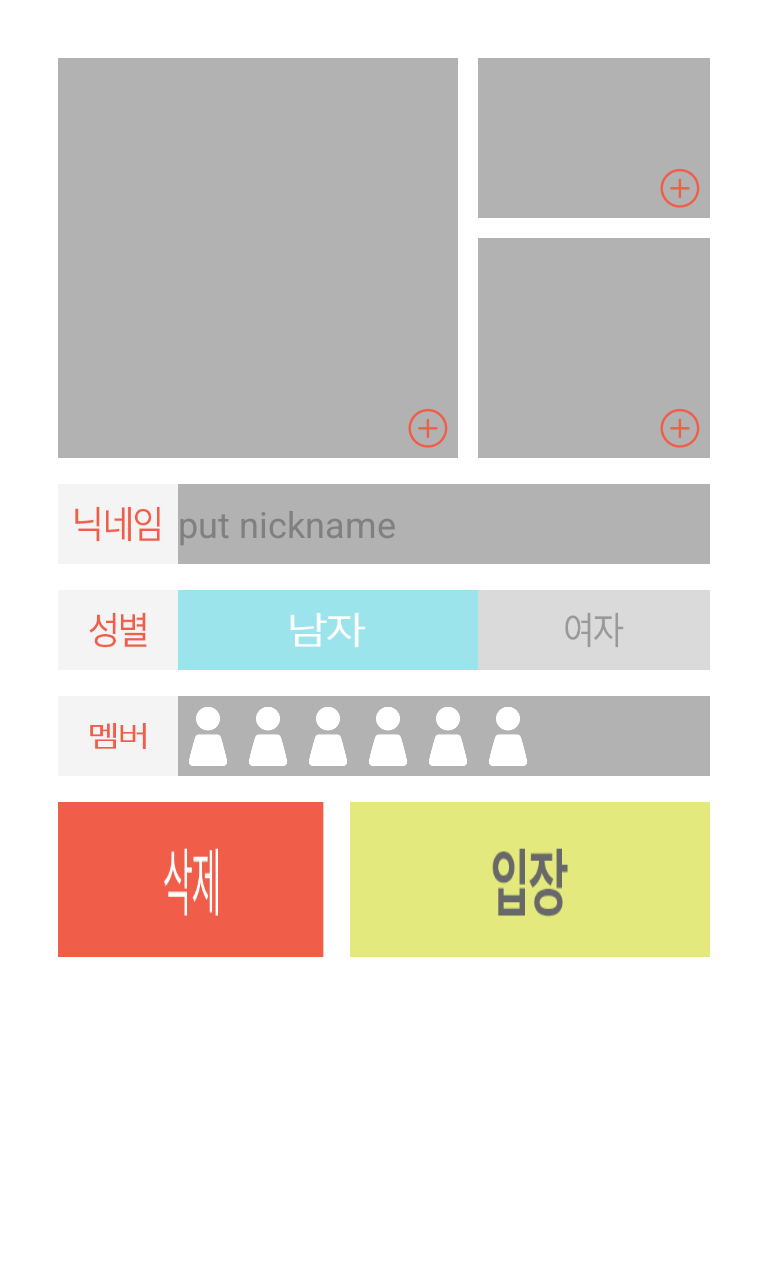
Repository: dokwon/mingle_final_client
Layout: mingle/res/layout/activity_main.xml
The author's editor kept a copy of each file at every save. The layout is drawn from the files as they stood at one save, then again after the next save.
It is drawn on a 768 x 1280 px phone screen (xhdpi) without system bars, with theme ProfileTheme; the app's code is not run. The app's manifest (not shown) leaves right-to-left support off. So textAlignment, textDirection and layoutDirection are ignored, and left and right values win over start and end ones.

Above is the layout before, as saved 2014-08-04 06:01:03.

### mingle/res/layout/activity_main.xml
<?xml version="1.0"?>

<RelativeLayout
  tools:context=".MainActivity"
  android:paddingBottom="@dimen/activity_vertical_margin"
  android:paddingTop="@dimen/activity_vertical_margin"
  android:paddingRight="@dimen/activity_horizontal_margin"
  android:paddingLeft="@dimen/activity_horizontal_margin"
  android:layout_height="match_parent"
  android:layout_width="match_parent"
  android:background="@color/titlebackgroundcolor"
  xmlns:tools="http://schemas.android.com/tools"
  xmlns:android="http://schemas.android.com/apk/res/android">


	<!--

	+++++	PHOTO VIEWS   +++++

							-->
	<ImageView
	    android:id="@+id/photoView1"
	    android:layout_height="@dimen/photo_view_size"
	    android:layout_width="@dimen/photo_view_size"
	    android:layout_marginLeft="@dimen/option_margin"
	    android:layout_marginTop="@dimen/option_margin"
	    android:layout_alignParentStart="true"
	    android:layout_alignParentLeft="true"
	    android:theme="@style/PictureViewTheme"
	    android:cropToPadding="true"
	    android:contentDescription="@string/photo_description"
	    android:background="@color/photobackgroundcolor"
	    android:longClickable="false"
	    android:clickable="true" />

	<ImageView
	    android:id="@+id/photoView2"
	    android:layout_width="wrap_content"
	    android:layout_height="80dp"
	    android:layout_alignTop="@+id/photoView1"
	    android:layout_alignParentRight="true"
	    android:layout_marginRight="@dimen/option_margin"
	    android:layout_marginLeft="@dimen/photo_margin"
	    android:layout_toRightOf="@+id/photoView1"
	    android:adjustViewBounds="false"
	    android:background="@color/photobackgroundcolor"
	    android:baselineAlignBottom="false"
	    android:clickable="true"
	    android:contentDescription="@string/photo_description"
	    android:cropToPadding="true"
	    android:longClickable="false" />
	<ImageView
	    android:id="@+id/photoView3"
	    android:layout_height="wrap_content"
	    android:layout_width="wrap_content"
	    android:background="@color/photobackgroundcolor"
	    android:cropToPadding="true"
	    android:contentDescription="@string/photo_description"
	    android:clickable="true"
	    android:longClickable="false"
	    android:layout_alignRight="@+id/photoView2"
	    android:layout_alignBottom="@+id/photoView1"
	    android:layout_alignStart="@+id/photoView2"
	    android:layout_alignLeft="@+id/photoView2"
	    android:layout_below="@+id/photoView2"
	    android:layout_marginTop="@dimen/photo_margin"/>


	<!--

	+++++	ADD BUTTONS   +++++

							-->
	<ImageView
	    android:layout_height="20dp"
	    android:layout_width="20dp"
	    android:layout_marginRight="5dp"
	    android:layout_marginBottom="5dp"
	    android:layout_alignRight="@+id/photoView1"
	    android:layout_alignBottom="@+id/photoView1"
	    android:cropToPadding="true"
	    android:contentDescription="@string/erase_button_description"
	    android:background="@drawable/photo_plus"
	    android:longClickable="true"
	    android:id="@+id/add1"/>
	<ImageView
	    android:layout_height="20dp"
	    android:layout_width="20dp"
	    android:layout_marginRight="5dp"
	    android:layout_marginBottom="5dp"
	    android:layout_alignRight="@+id/photoView2"
	    android:layout_alignBottom="@+id/photoView2"
	    android:cropToPadding="true"
	    android:contentDescription="@string/erase_button_description"
	    android:background="@drawable/photo_plus"
	    android:longClickable="true"
	    android:id="@+id/add2"/>
	<ImageView
	    android:layout_height="20dp"
	    android:layout_width="20dp"
	    android:layout_marginRight="5dp"
	    android:layout_marginBottom="5dp"
	    android:layout_alignRight="@+id/photoView3"
	    android:layout_alignBottom="@+id/photoView3"
	    android:cropToPadding="true"
	    android:contentDescription="@string/erase_button_description"
	    android:background="@drawable/photo_plus"
	    android:longClickable="true"
	    android:id="@+id/add3"/>

	<!--

	+++++	NICKNAME  +++++

							-->

	<ImageView
	    android:id="@+id/nicknamelabel"
	    android:layout_width="@dimen/option_label_width"
	    android:layout_height="@dimen/option_label_height"
	    android:background="@drawable/nickname"
	    android:cropToPadding="true"
	    android:contentDescription="@string/photo_description"
	    android:longClickable="false"
	    android:layout_alignStart="@+id/photoView1"
	    android:layout_alignLeft="@+id/photoView1"
	    android:layout_below="@+id/photoView1"
	    android:layout_marginTop="@dimen/option_margin"/>

	<EditText
	    android:id="@+id/nicknameTextView"
	    android:layout_alignRight="@+id/photoView3"
	    android:layout_alignTop="@+id/nicknamelabel"
	    android:layout_alignBottom="@+id/nicknamelabel"
	    android:layout_toRightOf="@+id/nicknamelabel"
	    android:layout_width="wrap_content"
	    android:layout_height="wrap_content"
	    android:background="@color/photobackgroundcolor"
	    android:hint="@string/nickname_placeholder"
	    android:textAppearance="?android:attr/textAppearanceMedium"
	    android:imeActionLabel="@string/launch"
	    android:maxLength="10" />

	<!--

	+++++	SEX CHOICE   +++++

							-->

	<ImageView
	    android:layout_width="@dimen/option_label_width"
	    android:layout_height="@dimen/option_label_height"
	    android:background="@drawable/genderchoice"
	    android:cropToPadding="true"
	    android:contentDescription="@string/photo_description"
	    android:longClickable="false"
	    android:layout_alignStart="@+id/photoView1"
	    android:layout_alignLeft="@+id/photoView1"
	    android:layout_below="@+id/nicknamelabel"
	    android:id="@+id/sexlabel"
	    android:layout_marginTop="@dimen/option_margin"/>

	<Button
	    android:layout_height="wrap_content"
	    android:layout_width="wrap_content"
	    android:id="@+id/manbutton"
	    android:layout_centerHorizontal="true"
	    android:background="@drawable/genderchoice_man"
	    android:layout_alignTop="@+id/sexlabel"
	    android:layout_alignBottom="@+id/sexlabel"
	    android:layout_toRightOf="@+id/sexlabel"
	    android:layout_toLeftOf="@+id/photoView3"
	    android:onClick="SexOptionChanged"/>

	<Button
	    android:layout_height="wrap_content"
	    android:layout_width="wrap_content"
	    android:id="@+id/womanbutton"
	    android:layout_centerHorizontal="true"
	    android:background="@drawable/genderchoice_notwoman"
	    android:layout_alignTop="@+id/sexlabel"
	    android:layout_alignBottom="@+id/sexlabel"
	    android:layout_toRightOf="@+id/manbutton"
	    android:layout_alignRight="@+id/photoView3"
	    android:onClick="SexOptionChanged"/>


	<!--

	+++++	MEMBER NUM   +++++

							-->

	<ImageView
	    android:layout_width="@dimen/option_label_width"
	    android:layout_height="@dimen/option_label_height"
	    android:background="@drawable/member"
	    android:cropToPadding="true"
	    android:contentDescription="@string/photo_description"
	    android:longClickable="false"
	    android:layout_alignStart="@+id/photoView1"
	    android:layout_alignLeft="@+id/photoView1"
	    android:layout_below="@+id/sexlabel"
	    android:id="@+id/memberlabel"
	    android:layout_marginTop="@dimen/option_margin"/>
	<ImageView
	    android:layout_height="wrap_content"
	    android:layout_width="wrap_content"
	    android:id="@+id/member_background"
	    android:background="@color/photobackgroundcolor"
	    android:layout_alignTop="@+id/memberlabel"
	    android:layout_alignBottom="@+id/memberlabel"
	    android:contentDescription="@string/photo_description"
	    android:layout_toRightOf="@+id/memberlabel"
	    android:layout_alignRight="@+id/photoView3"/>
	<Button
	    android:layout_height="wrap_content"
	    android:layout_width="@dimen/member_icon_width"
	    android:id="@+id/member_1"
	    android:background="@drawable/peoplenumberpicon"
	    android:layout_alignTop="@+id/memberlabel"
	    android:layout_alignBottom="@+id/memberlabel"
	    android:layout_toRightOf="@+id/memberlabel"
	    android:layout_margin="@dimen/small_margin"
	    android:onClick="MemberNumberSelected"/>

	<Button
	    android:layout_height="wrap_content"
	    android:layout_width="@dimen/member_icon_width"
	    android:id="@+id/member_2"
	    android:background="@drawable/peoplenumberpicon"
	    android:layout_alignTop="@+id/memberlabel"
	    android:layout_alignBottom="@+id/memberlabel"
	    android:layout_toRightOf="@+id/member_1"
	    android:layout_margin="@dimen/small_margin"
	    android:onClick="MemberNumberSelected"/>
	<Button
	    android:layout_height="wrap_content"
	    android:layout_width="@dimen/member_icon_width"
	    android:id="@+id/member_3"
	    android:background="@drawable/peoplenumberpicon"
	    android:layout_alignTop="@+id/memberlabel"
	    android:layout_alignBottom="@+id/memberlabel"
	    android:layout_toRightOf="@+id/member_2"
	    android:layout_margin="@dimen/small_margin"
	    android:onClick="MemberNumberSelected"/>
	<Button
	    android:layout_height="wrap_content"
	    android:layout_width="@dimen/member_icon_width"
	    android:id="@+id/member_4"
	    android:background="@drawable/peoplenumberpicon"
	    android:layout_alignTop="@+id/memberlabel"
	    android:layout_alignBottom="@+id/memberlabel"
	    android:layout_toRightOf="@+id/member_3"
	    android:layout_margin="@dimen/small_margin"
	    android:onClick="MemberNumberSelected"/>
	<Button
	    android:layout_height="wrap_content"
	    android:layout_width="@dimen/member_icon_width"
	    android:id="@+id/member_5"
	    android:background="@drawable/peoplenumberpicon"
	    android:layout_alignTop="@+id/memberlabel"
	    android:layout_alignBottom="@+id/memberlabel"
	    android:layout_toRightOf="@+id/member_4"
	    android:layout_margin="@dimen/small_margin"
	    android:onClick="MemberNumberSelected"/>
	<Button
	    android:layout_height="wrap_content"
	    android:layout_width="@dimen/member_icon_width"
	    android:id="@+id/member_6"
	    android:background="@drawable/peoplenumberpicon"
	    android:layout_alignTop="@+id/memberlabel"
	    android:layout_alignBottom="@+id/memberlabel"
	    android:layout_toRightOf="@+id/member_5"
	    android:layout_margin="@dimen/small_margin"
	    android:onClick="MemberNumberSelected"/>




	<Button
	    android:layout_height="wrap_content"
	    android:layout_width="133dp"
	    android:id="@+id/delete_button"
	    android:layout_alignLeft="@+id/photoView1"
	    android:layout_below="@+id/memberlabel"
	    android:layout_marginTop="@dimen/option_margin"
	    android:background="@drawable/deleteall"
	    android:onClick="userCreateButtonPressed"/>

	<Button
	    android:layout_height="wrap_content"
	    android:layout_width="wrap_content"
	    android:id="@+id/enter_button"
	    android:layout_alignRight="@+id/photoView3"
	   	android:layout_toRightOf="@+id/delete_button"
	    android:layout_alignTop="@+id/delete_button"
	    android:layout_marginLeft="@dimen/option_margin"
	    android:background="@drawable/enter"
	    android:onClick="userCreateButtonPressed"/>


</RelativeLayout>

### mingle/res/values/styles.xml
<resources>

    <!--
        Base application theme, dependent on API level. This theme is replaced
        by AppBaseTheme from res/values-vXX/styles.xml on newer devices.
    -->
    <style name="AppBaseTheme" parent="android:Theme.Light">
        <!--
            Theme customizations available in newer API levels can go in
            res/values-vXX/styles.xml, while customizations related to
            backward-compatibility can go here.
        -->
    </style>

    <!-- Application theme. -->
    <style name="AppTheme" parent="AppBaseTheme">
        <!-- All customizations that are NOT specific to a particular API-level can go here. -->
    </style>

    <!--  Title Bar Theme -->
    <style name="ProfileTheme" parent="android:Theme.Light">
        <item name="android:windowTitleSize">@dimen/title_bar_height</item>
        <item name="android:windowTitleBackgroundStyle">@style/WindowTitleBackground</item>
	</style>



    <!--  Chat Room Theme -->
	<style name="ChatRoomTheme" parent="android:Theme.Light">
        <item name="android:windowTitleSize">50dp</item>
        <item name="android:windowTitleBackgroundStyle">@style/WindowTitleBackground</item>
	</style>

	<!--  Photo View Theme -->
	<style name="PictureViewTheme">

    	<item name="android:background">#FFEAEAEA</item>
	</style>

    <style name="WindowTitleBackground">
        <item name="android:background">@color/titlebackgroundcolor</item>
    </style>

    <!--  Swipe list view theme -->
	<style name="MyListBackContent">
       <item name="android:layout_width">fill_parent</item>
       <item name="android:layout_height">fill_parent</item>
       <item name="android:background">@drawable/background_back</item>
       <item name="android:gravity">right</item>
   </style>

   <style name="MyListFrontContent">
       <item name="android:layout_width">fill_parent</item>
       <item name="android:layout_height">fill_parent</item>
       <item name="android:background">@drawable/background_front</item>
       <item name="android:padding">8dp</item>
   </style>

     <style name="MyListButtonAction">
       <item name="android:layout_margin">5dp</item>
         <item name="android:layout_width">80dp</item>
       <item name="android:layout_height">30dp</item>

   </style>

     <style name="UserListImage">
       <item name="android:layout_width">180dp</item>
       <item name="android:layout_height">180dp</item>
       <item name="android:scaleGravity">fill</item>
       <item name="android:layout_marginRight">8dp</item>
   </style>

     <style name="ChatRoomImage">
       <item name="android:layout_width">67dp</item>
       <item name="android:layout_height">67dp</item>
       <item name="android:scaleGravity">fill</item>
       <item name="android:layout_marginRight">8dp</item>
   </style>

   <style name="MyListTitle">
       <item name="android:paddingBottom">8dp</item>
       <item name="android:textSize">17sp</item>
       <item name="android:textStyle">bold</item>
       <item name="android:maxLines">2</item>
       <item name="android:ellipsize">end</item>
   </style>
</resources>

### mingle/res/values/colors.xml
<?xml version="1.0" encoding="UTF-8"?>

<resources>

	<color name="titlebackgroundcolor">#FFFFFFFF</color>

	<color name="photobackgroundcolor">#B2B2B2</color>

	<color name="trans">#000000</color>
	<color name="light_gray">#eee9e9</color>
	<color name="white_gray">#FFF2F2F2</color>
	<color name="black">#FF000000</color>
	<color name="white">#FFFFFFFF</color>
	<color name="actionbar_gray">#F1F1F1</color>

	<color name="mingle_button_green">#e3e97d</color>

	<color name="mingle_button_red">#f05e49</color>

	<color name="gold">#F0C500</color>
	<color name="silver">#C0C0C0</color>
	<color name="bronze">#CD7F32</color>
	<color name="dark_gray">#4C4C4C</color>

</resources>

### mingle/res/values/strings.xml
<?xml version="1.0" encoding="utf-8"?>
<resources>

    <string name="app_name">mingle</string>
    <string name="title_section1">Section 1</string>
    <string name="title_section2">Section 2</string>
    <string name="title_section3">Section 3</string>
    <string name="action_settings">Personal Settings</string>
    <string name="hello_world">Hello world!</string>
    <string name="title_activity_hunt">HuntActivity</string>
    <string name="title_activity_chatroom">ChatroomActivity</string>
    <string name="title_activity_chat_room">ChatRoomActivity</string>
    <string name="tab1title">Top</string>
    <string name="tab2title">All</string>
    <string name="tab3title">Mingling</string>
    <string name="tab4title">Setting</string>
    <string name="radio_male">Male</string>
    <string name="radio_female">Female</string>
    <string name="sms"></string>
    <string name="send">send</string>
    <string name="title_activity_setting">SettingActivity</string>
    <string name="title_activity_photo_view">PhotoViewActivity</string>
    <string name="title_activity_profile">ProfileActivity</string>
    <string name="title_activity_region_chatroom">RegionChatroomActivity</string>
    <string name="photo_description">Click to add Photo</string>
	<string name="minge_start_button_string">Mingle</string>
	<string name="erase_button_description">erase photo</string>
	<string name="nickname_placeholder">put nickname</string>
	<string name="launch">launch</string>


</resources>

Loaded but not shown: mingle/res/values/dimens.xml (common file); mingle/res/values-w820dp/dimens.xml (common file)

After the next save:
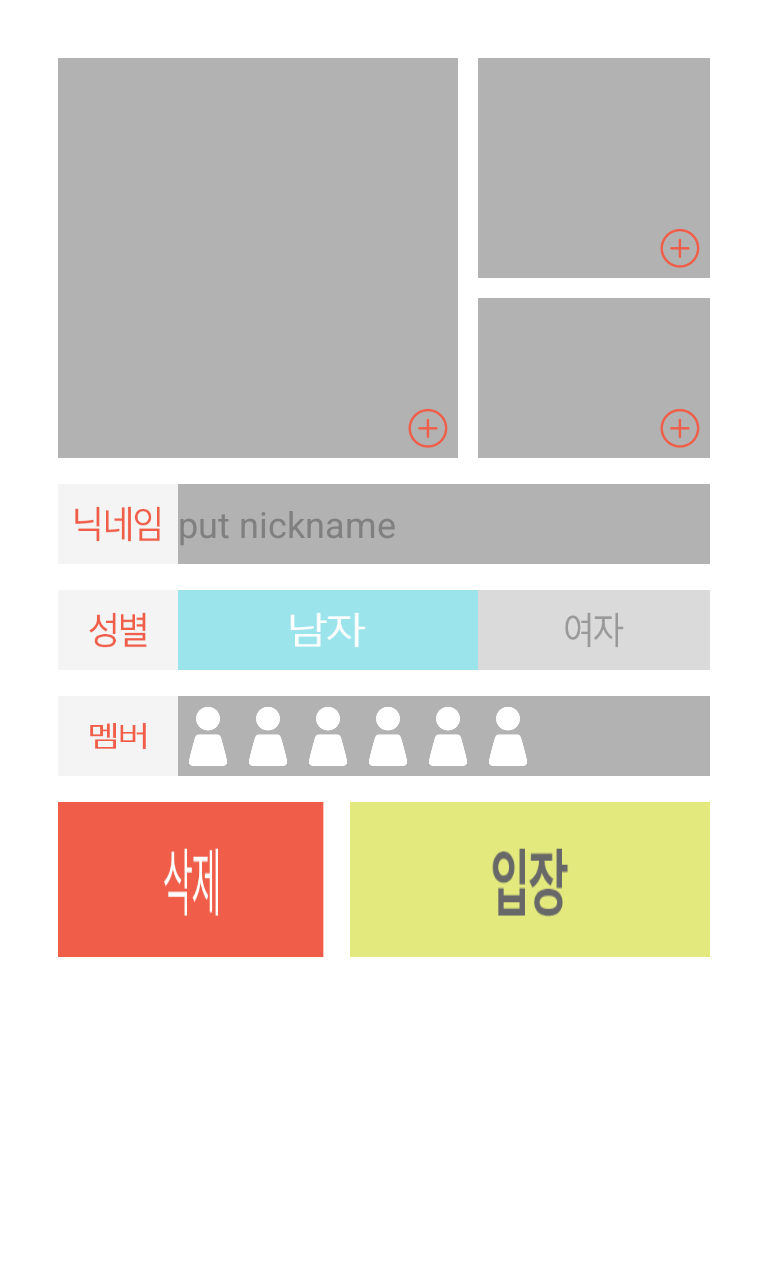
Saved 5 min 34 s later.
--- a/mingle/res/layout/activity_main.xml
+++ b/mingle/res/layout/activity_main.xml
@@ -36,7 +36,7 @@
 	<ImageView
 	    android:id="@+id/photoView2"
 	    android:layout_width="wrap_content"
-	    android:layout_height="80dp"
+	    android:layout_height="110dp"
 	    android:layout_alignTop="@+id/photoView1"
 	    android:layout_alignParentRight="true"
 	    android:layout_marginRight="@dimen/option_margin"
